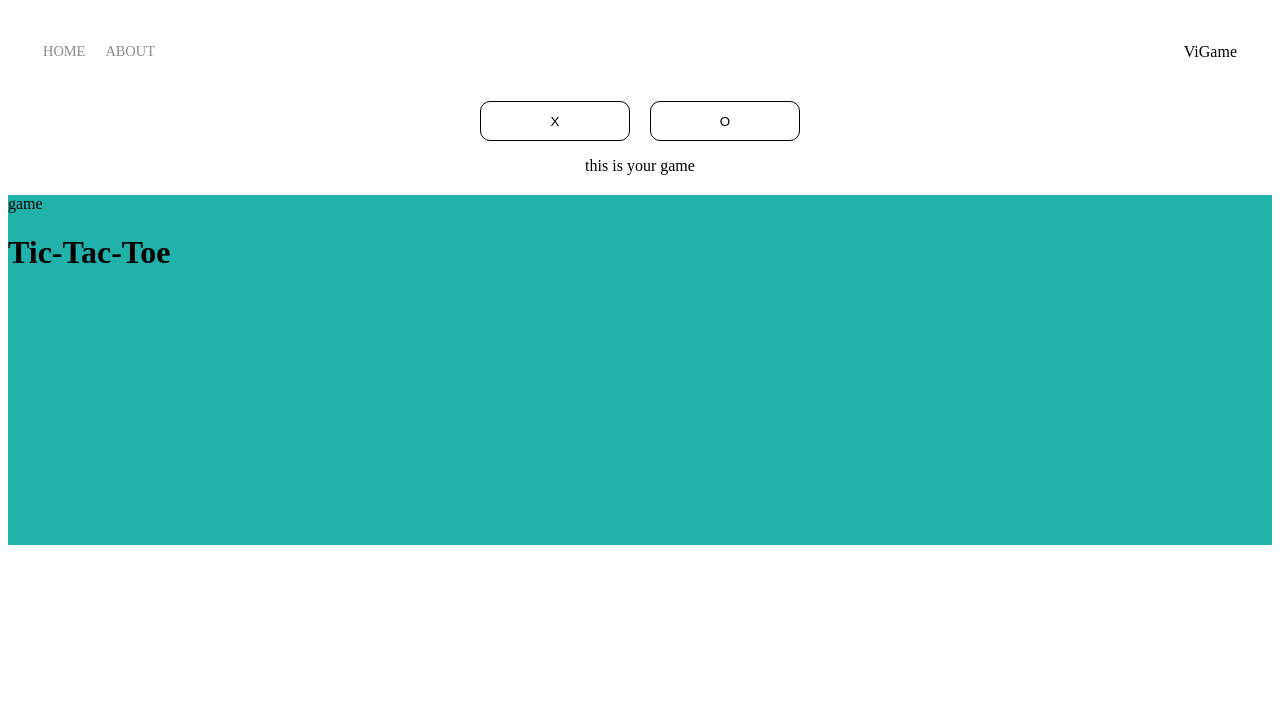
Repository: vahid242/viGame
Page: http://localhost/tic-tac-toe
The author's editor kept a record of every edit. The page is drawn from the files as they stood at one moment, then again after the next edit.
The browser window is 1280 px wide. The pictures show the whole page.
The page is served by the project's Node server (v1/app.js).

Above is the page before.

After the next edit:
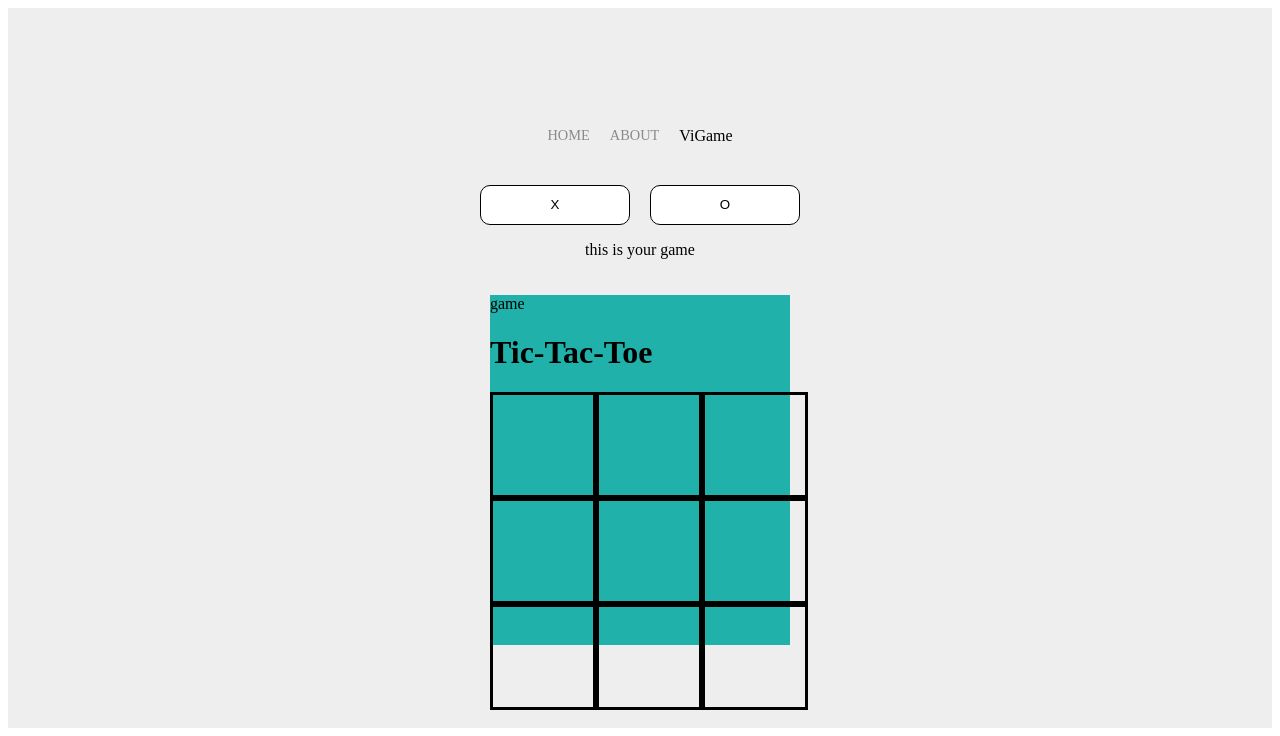
The edit:
--- a/v1/public/stylesheets/tic.css
+++ b/v1/public/stylesheets/tic.css
@@ -74,3 +74,31 @@
     margin-bottom: 0;
     height: 350px;
 }
+
+.container {
+  min-height: 100vh;
+  display: flex;
+  flex-direction: column;
+  align-items: center;
+  justify-content: center;
+  background: #eee;
+}
+
+.play-area {
+  display: grid;
+  width: 300px;
+  height: 300px;
+  grid-template-columns: auto auto auto;
+}
+
+.block {
+  display: flex;
+  width: 100px;
+  height: 100px;
+  align-items: center;
+  justify-content: center;
+  font-size: 3rem;
+  font-weight: bold;
+  border: 3px solid black;
+  transition: background 0.2s ease-in-out;
+}
